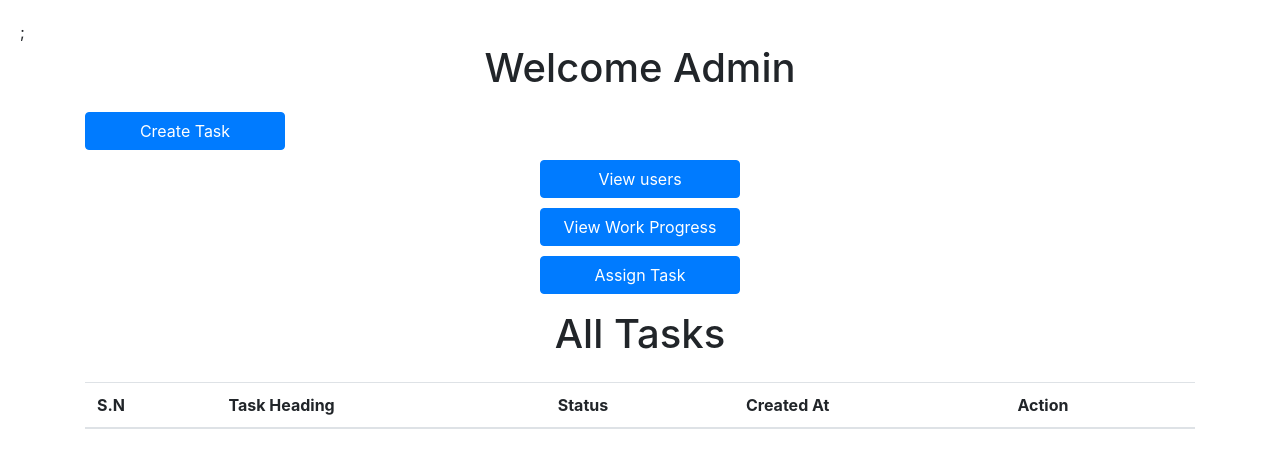
Repository: neha-rouniyar/taskmgmt
Page: http://localhost/admin/create-task
These files come from the project's save history. The page is drawn as it stood at one moment and after a run of saves; the edit follows.
The browser window is 1280 px wide. The pictures show the whole page.
Some web libraries are served in a nearby version. The page is served by the project's Laravel application, run on PHP 8.4 with Laravel 10. Queries for data that is not in the repository find no rows.

Above is the page before, as saved 2023-12-16 12:08:12.

After the next 2 saves:
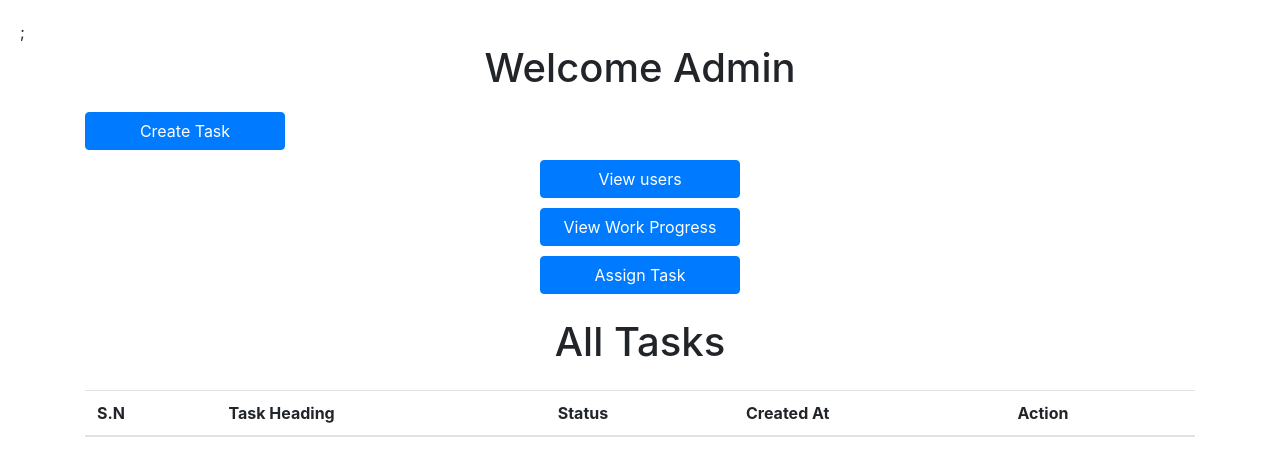
The 2 saves are shown as one change because they came seconds apart.
The last was saved 5 s later.
--- a/resources/views/admin/task/create.blade.php
+++ b/resources/views/admin/task/create.blade.php
@@ -42,7 +42,7 @@
   }
 </style>
 <div class="container">
-    <h1 style="text-align: center" >All Tasks</h1>
+    <h1 style="text-align: center" class="mt-4">All Tasks</h1>
     @if (session('success'))
     <div class="alert alert-success alert-dismissible fade show" role="alert">
         <p style="color: rgb(11, 130, 43)8, 28, 0)">{{session('success')}}</p>

After the 5 saves that followed:
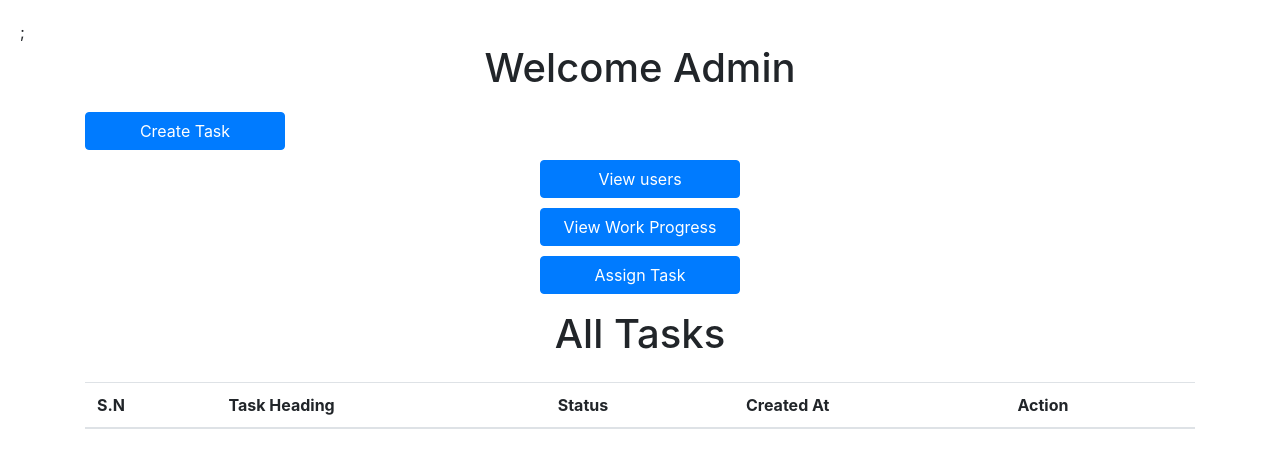
The 5 saves are shown as one change because they came seconds apart.
The last was saved 14 s later.
--- a/resources/views/admin/task/create.blade.php
+++ b/resources/views/admin/task/create.blade.php
@@ -42,7 +42,7 @@
   }
 </style>
 <div class="container">
-    <h1 style="text-align: center" class="mt-4">All Tasks</h1>
+    <h1 style="text-align: center"  >All Tasks</h1>
     @if (session('success'))
     <div class="alert alert-success alert-dismissible fade show" role="alert">
         <p style="color: rgb(11, 130, 43)8, 28, 0)">{{session('success')}}</p>
